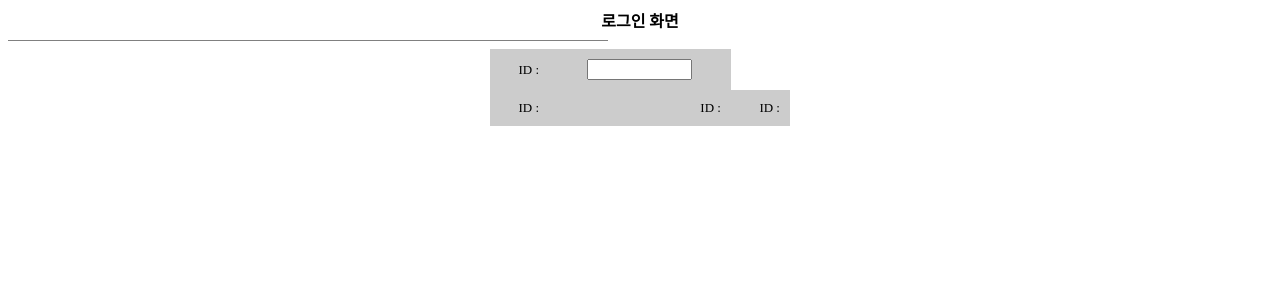
Repository: kalmia26/Capstone
Page: http://localhost/LectureSystem/member.jsp
An editor plug-in stored every save of this project. The page is shown before and after the next save, followed by the edit.
The browser window is 1280 px wide. The pictures show the whole page.
The page is served by Tomcat 9.

Above is the page before, as saved 2017-05-24 05:08:01.

After the next save:
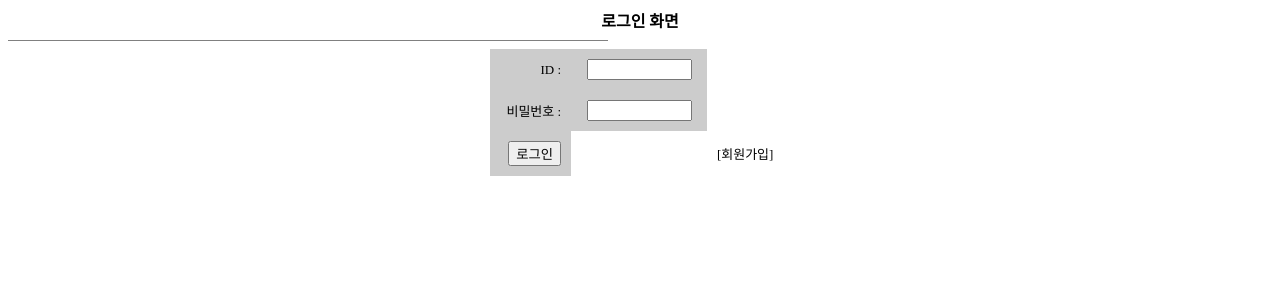
Saved 6 min 41 s later.
--- a/LectureSystem/WebContent/member.jsp
+++ b/LectureSystem/WebContent/member.jsp
@@ -54,13 +54,19 @@ function Check() {
 		</tr>
 		<tr>
 			<td bgcolor='cccccc' align='right'>
-				<font size='2'>ID : </font>
+				<font size='2'>비밀번호 : </font>
 			</td>
+			<td bgcolor='cccccc' align='center'>
+				<input type='password' maxlength=10 size =10 name=pass>
+			</td>
+		</tr>
+		<tr>
 			<td bgcolor='cccccc' align='right'>
-				<font size='2'>ID : </font>
-			</td>
-			<td bgcolor='cccccc' align='right'>
-				<font size='2'>ID : </font>
+				<input onclick='Check()' type='button' value='로그인'>
+			<td>
+			<td>
+				<font size='2'>
+				<a href="member_input.jsp">[회원가입]</a></font>
 			</td>
 		</tr>
 	</table>
